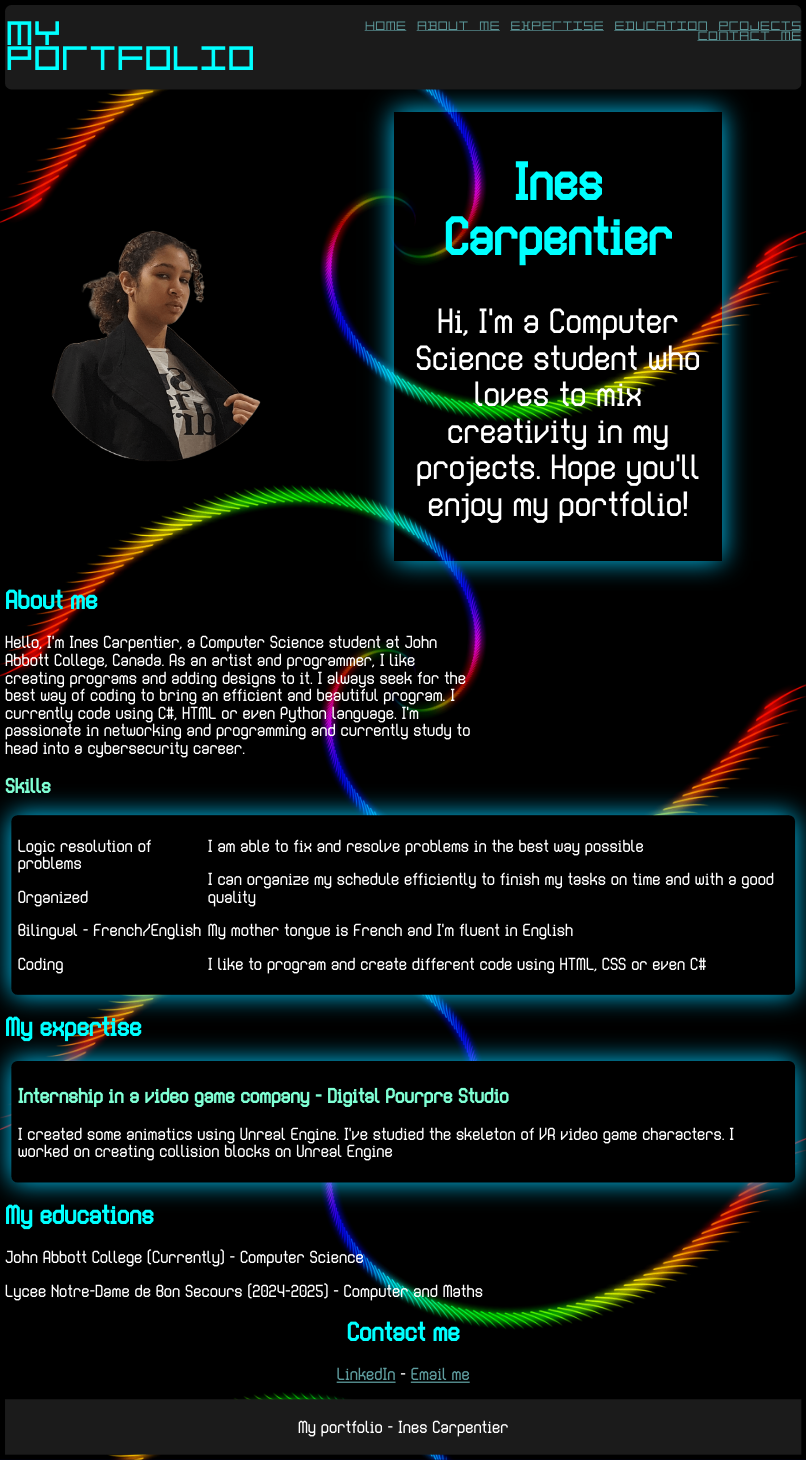
Repository: InsCarp/InsCarp
Page: index.html
These files come from the project's save history. The page is drawn as it stood at one moment and after the next save; the edit follows.
The browser window is 1280 px wide. The pictures show the whole page, at 63% of full size.
Backgrounds fixed to the window are drawn as part of the page.

Above is the page before, as saved 2026-05-12 10:52:11.

### index.html
<!DOCTYPE html>
<html lang="en">
<head>
    <meta charset="UTF-8">
    <meta name="viewport" content="width=device-width, initial-scale=1.0">
    <link rel="icon" href="/assets/images/Logo.svg" type="image/svg" />
    <link rel="stylesheet" href="/styles/globals.css" type="text/css"/>
    <link rel="stylesheet" href="/styles/index.css" type="text/css"/>

    <title>Portfolio - Ines Carpentier</title>
</head>
<header>

     <h1 id="Title">My portfolio</h1>

        <nav>
        <a href="index.html">Home</a>
        <a href="#About">About me</a>
        <a href="#Expertise">Expertise</a>
        <a href="#Education">Education</a>
        <a href="project.html">Projects</a> <!--Put my project page here-->
        <a href="#Contact">Contact me</a>
        </nav>


</header>
<body>
    <div class="Intro">
        <article>
            <img
               src="/assets/images/me.png" id="Me" alt="My image"/>
        </article>
        <article id="intro">
            <h2>Ines Carpentier</h2>
            <p>Hi, I'm a Computer Science student who loves to mix creativity in my projects.
                Hope you'll enjoy my portfolio!</p>
        </article>
    </div>

        <h2 id="About">About me</h2>
        <div class="about">
            <p>Hello, I'm Ines Carpentier, a Computer Science student at John Abbott College, Canada. As an artist and programmer, I like creating programs and adding designs to it. I always seek for the
             best way of coding to bring an efficient and beautiful program. I currently code using C#, HTML or even Python language. I'm passionate in networking and programming and currently study to head into a cybersecurity career.
            </p>
        </div>
        <h3>Skills</h3>
        <section class="Skills">
            <article>
            <p>Logic resolution of problems</p>
            <p>Organized</p>
            <p>Bilingual - French/English</p>
            <p>Coding</p>
        </article>
        <article>
            <p>I am able to fix and resolve problems in the best way possible</p>
            <p>I can organize my schedule efficiently to finish my tasks on time and with a good quality</p>
            <p>My mother tongue is French and I'm fluent in English</p>
            <P>I like to program and create different code using HTML, CSS or even C#</P>
        </article>
        </section>


        <h2 id="Expertise">My expertise</h2>
        <section>
            <article>
            <h3>Internship in a video game company - Digital Pourpre Studio</h3>
            <p>I created some animatics using Unreal Engine. I've studied the skeleton of VR video game characters. I worked on creating collision blocks on Unreal Engine</p>
        </article>
        </section>


        <h2 id="Education">My educations</h2>
        <p>John Abbott College (Currently) - Computer Science
        </p>
        <p>Lycee Notre-Dame de Bon Secours (2024-2025) - Computer and Maths</p>

        <div class="Contact">
         <h2 id="Contact">Contact me</h2>
         <p><a href="https://www.linkedin.com/in/ines-carpentier-690b8b387/" target="blank">LinkedIn</a> - <a href="mailto:carpentierines4@gmail.com">Email me</a></p>
        </div>
</body>
<footer>
    <p>My portfolio - Ines Carpentier</p>
</footer>
</html>

### styles/globals.css
@font-face {
    font-family: Title;
    src: url(/assets/fonts/Y224-2vdae.ttf);
}
@font-face {
    font-family: Portfolio;
    src: url(/assets/fonts/Eightgon-OGn6p.ttf);
}

html{
    font-size:25px;
}

a {
    color:cadetblue;
}

a:visited{
    color:aquamarine;
}
a:hover{
    color:greenyellow;
}
a:active{
    color:yellow;
}

body{
    background-color:rgb(0, 2, 36);
    color:rgb(255, 255, 255);
    background-image: url(../assets/images/back.gif);
    background-size: cover;
    background-repeat: no-repeat;
    background-attachment: fixed;
    font-family: Portfolio;
}




h1, h2{
    color:aqua;

}

h3{
    color:aquamarine;
}


header {
    position:sticky;
    top:0;
    display: flex;
    flex-direction: row;
    font-family: Title;
    background-color:rgb(27, 27, 27);
    font-size:0.5rem;


}
nav{
    display:none;
}

footer{

    text-align: center;
    background-color:rgb(27, 27, 27);
    padding:0.2rem;


}

@media only screen and (min-width: 800px){
    header {
    justify-content: space-between;
    border-radius: 10px;
    font-size:0.8rem;

}
nav{
    text-align:right;
    display:initial;
    font-size:0.4rem;
    margin-top:10px;


}
}

@media only screen and (min-width: 1200px){
    header {
    display: flex;
    flex-direction: row;
    font-family: Title;
    justify-content: space-between;



}
nav{
    text-align:right;
    display:initial;
    font-size:0.6rem;
    margin-top:2%;



}
}

### styles/index.css
.Intro{
    margin-top: 1rem;
    display:flex;
    flex-direction: column;
    align-items: center;
}

#intro{

    text-align: center;
    font-size:2rem;
      margin: 10px;

  padding:10px;


  box-shadow: 0 0 40px 0 rgb(0, 204, 255);
  opacity: 10;

}

#Me{
    margin-top: 1rem;
    width:15rem;
}


section{
    display: flex;
    flex-direction:row;
    justify-content: space-between;

  margin: 10px;
  background-color:rgb(0, 0, 0);
  padding:10px;
  border: 3px;
  border-radius:10px;
  box-shadow: 0 0 40px 0 rgb(0, 204, 255);
  opacity: 20;

}

.Contact{
    text-align: center;
}

@media only screen and (min-width: 800px){
    .Intro{
    margin-top: 1rem;
    display:flex;
    flex-direction: row;
    justify-content: space-between;
}

#intro{

    text-align: center;
    font-size:2rem;
    width: 20rem;
    margin-right: 10%;
}




.about{
    width:30rem;
}
}

@media only screen and (min-width: 800px){
    #Me{
    margin-left:15%;
}
}

After the next save:
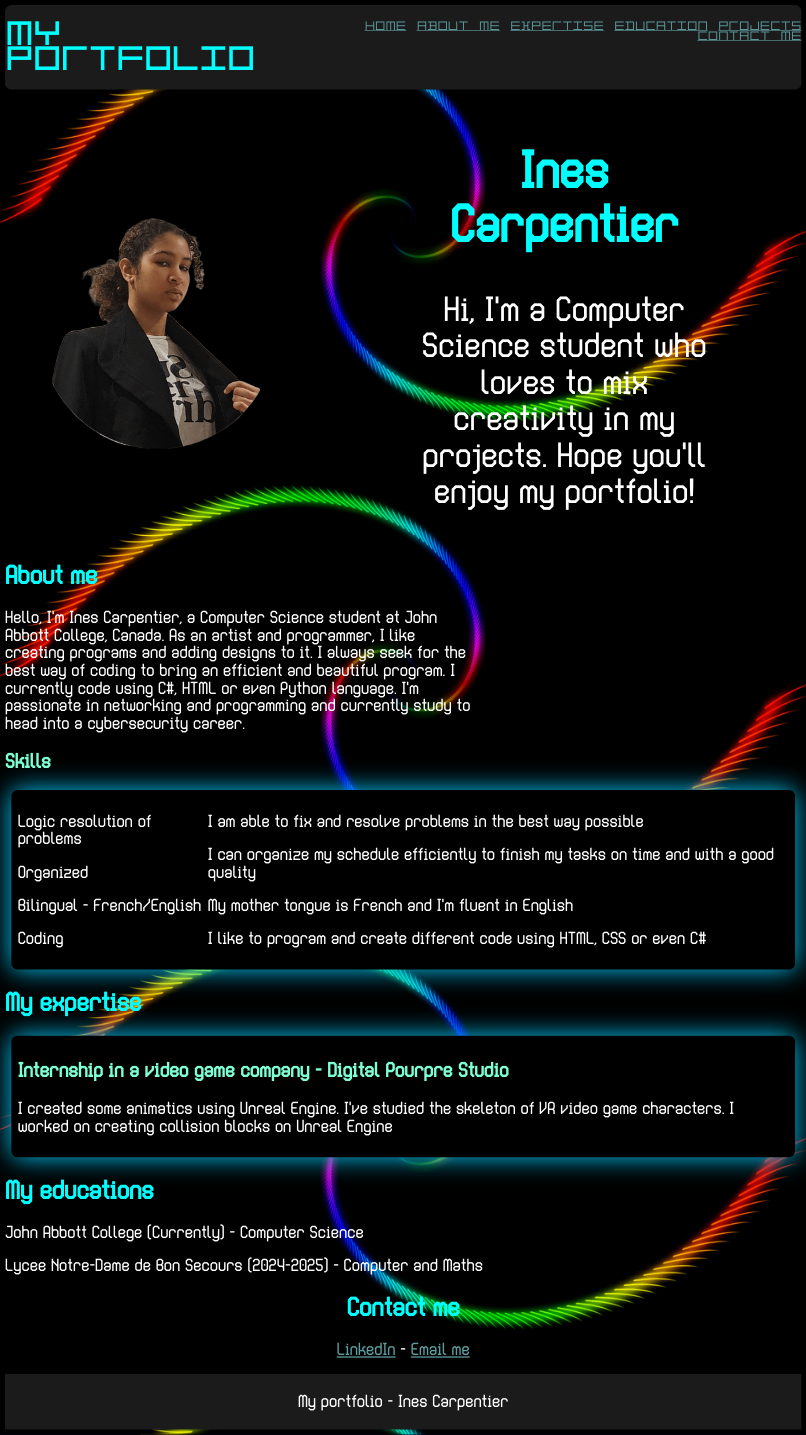
Saved 22 s later.
--- a/styles/index.css
+++ b/styles/index.css
@@ -9,13 +9,7 @@
 
     text-align: center;
     font-size:2rem;
-      margin: 10px;
 
-  padding:10px;
-
-
-  box-shadow: 0 0 40px 0 rgb(0, 204, 255);
-  opacity: 10;
 
 }
 
